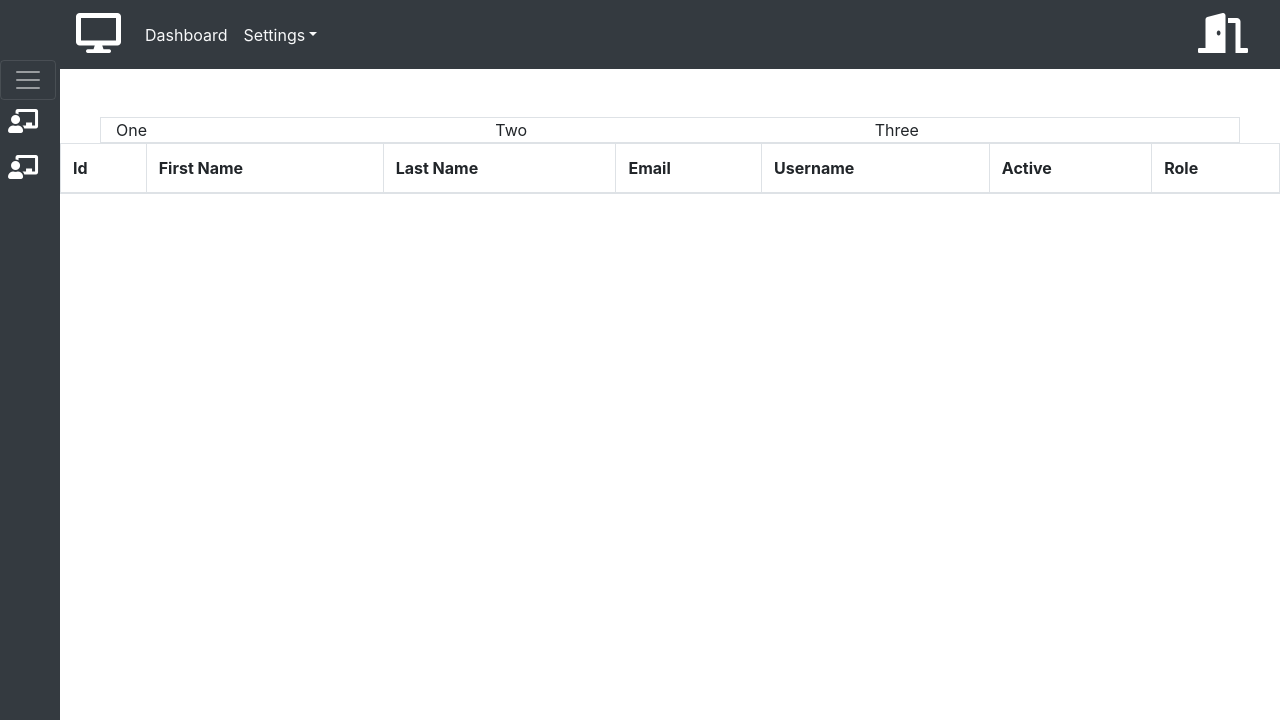
Repository: Pjosif/iDesk
Page: http://localhost/web/protected/userAdm.jsp
These files come from the project's save history. The page is drawn as it stood at one moment and after the next save; the edit follows.
The browser window is 1280 px wide. The pictures show the whole page.
Some web libraries are served in a nearby version. The page is served by Tomcat 9. Nobody is signed in. The application's start-up code is not run. Other server files are loaded and not shown. The template is opened directly, without the code that normally fills it, so the values that code supplies are empty.

Above is the page before, as saved 2018-08-01 11:49:52.

### main/web/src/main/webapp/protected/userAdm.jsp
<%@ page language="java" contentType="text/html; charset=ISO-8859-1" pageEncoding="ISO-8859-1"%>
<!DOCTYPE html>
<%@ taglib uri="http://www.springframework.org/tags/form" prefix="form"%>
<%@ taglib uri="http://java.sun.com/jsp/jstl/core" prefix="c"%>
<html>
<head>
<meta charset="utf-8">
<meta name="viewport" content="width=device-width, initial-scale=1, shrink-to-fit=no">
<link href="../resources/css/bootstrap.css" rel="stylesheet">
<link rel="stylesheet" href="https://use.fontawesome.com/releases/v5.1.0/css/all.css" integrity="sha384-lKuwvrZot6UHsBSfcMvOkWwlCMgc0TaWr+30HWe3a4ltaBwTZhyTEggF5tJv8tbt" crossorigin="anonymous">
<link href="../resources/css/sidenav.css" rel="stylesheet">
<title>User Management</title>
</head>
<body>
	<jsp:include page="../master/sidenav.jsp" />
	<div id="main" class="main">
		<jsp:include page="../master/header.jsp" />
		<div class="container border mt-5">
			<div class="row">
				<div class="col-sm">One</div>
				<div class="col-sm">Two</div>
				<div class="col-sm">Three</div>
			</div>
		</div>

		<div>
			<table class="table table-bordered">
				<thead>
					<tr>
						<th scope="col">Id</th>
						<th scope="col">First Name</th>
						<th scope="col">Last Name</th>
						<th scope="col">Email</th>
						<th scope="col">Username</th>
						<th scope="col">Active</th>
						<th scope="col">Role</th>
					</tr>
				</thead>
				<c:forEach var="emp" items="${list}">
					<tr>
						<th scope="row">${emp.id}</th>
						<td>${emp.firstName}</td>
						<td>${emp.lastName}</td>
						<td>${emp.email}</td>
						<td>${emp.username}</td>
						<td>${emp.active}</td>
						<td>${emp.role.role}</td>
					</tr>
				</c:forEach>
			</table>
		</div>

	</div>
	<script src="https://code.jquery.com/jquery-3.3.1.slim.min.js" integrity="sha384-q8i/X+965DzO0rT7abK41JStQIAqVgRVzpbzo5smXKp4YfRvH+8abtTE1Pi6jizo" crossorigin="anonymous"></script>
	<script src="https://cdnjs.cloudflare.com/ajax/libs/popper.js/1.14.3/umd/popper.min.js" integrity="sha384-ZMP7rVo3mIykV+2+9J3UJ46jBk0WLaUAdn689aCwoqbBJiSnjAK/l8WvCWPIPm49" crossorigin="anonymous"></script>
	<script src="../resources/js/bootstrap.min.js"></script>
</body>
</html>

### main/web/src/main/webapp/master/sidenav.jsp
<div id=sideNav class=sidenav>
	<div class="navbar-dark">
		<button class="navbar-toggler" type="button" onclick="togleNav()">
			<span class="navbar-toggler-icon"></span>
		</button>
	</div>
	<ul>
		<li>
			<a href="#">
				<i class="fas fa-chalkboard-teacher"></i>Incident
			</a>
		</li>
		<li>
			<a href="#">
				<i class="fas fa-chalkboard-teacher"></i>Request
			</a>
		</li>

		<!-- 		<a href="#"><i class="fas fa-chalkboard-teacher"></i>MENU 3</a> -->
		<!-- 		<a href="#"><i class="fas fa-chalkboard-teacher"></i>MENU 4</a> -->
	</ul>
</div>
<script>
	function togleNav() {
		var navigator = document.getElementById("sideNav");
		if (navigator.style.width === "200px") {
			closeNav();
		} else {
			openNav();
		}
	}

	function openNav() {
		document.getElementById("sideNav").style.width = "200px";
		document.getElementById("main").style.marginLeft = "200px";
	}

	function closeNav() {
		document.getElementById("sideNav").style.width = "60px";
		document.getElementById("main").style.marginLeft = "60px";
	}
</script>

### main/web/src/main/webapp/master/header.jsp
<%@ taglib prefix="sec" uri="http://www.springframework.org/security/tags" %>
<nav class="navbar navbar-expand-sm navbar-dark bg-dark">
	<div>
		<a class="navbar-brand" href="home">
			<i class="fas fa-desktop fa-2x"></i>
		</a>
	</div>
	<button class="navbar-toggler" type="button" data-toggle="collapse" data-target="header" aria-controls="header" aria-expanded="false" aria-label="Toggle navigation">
		<span class="navbar-toggler-icon"></span>
	</button>
	<div class="collapse navbar-collapse" id="header">
		<ul class="navbar-nav mr-auto">
			<li class="nav-item">
				<a class="nav-link text-light" href="#">Dashboard</a>
			</li>
			<li class="nav-item dropdown">
				<a class="nav-link dropdown-toggle text-light" style="cursor:pointer" id="settings" data-toggle=dropdown aria-haspopup="true" aria-expanded="false">Settings</a>
				<div class="dropdown-menu" aria-labelledby="settings">
					<a class="dropdown-item" href="#">Configuration Item</a>
				</div>
			</li>
			<sec:authorize access="hasAuthority('ADMIN_PRIVILEGE')">
			<li class="nav-item dropdown">
				<a class="nav-link dropdown-toggle text-light" style="cursor: pointer" id="dropdown03" data-toggle="dropdown" aria-haspopup="true" aria-expanded="false">Administrator</a>
				<div class="dropdown-menu" aria-labelledby="dropdown03">
					<a class="dropdown-item" href="userlist">Users</a>
					<a class="dropdown-item" href="rolelist">Roles</a>
					<a class="dropdown-item" href="privlist">Privilege</a>
				</div>
			</li>
			</sec:authorize>
		</ul>
		<a class="navbar-brand" href="logout">
			<i class="fas fa-door-open fa-2x"></i>
		</a>
	</div>
</nav>

### main/web/src/main/webapp/resources/css/sidenav.css
.main {
	margin-left: 60px;
}

.sidenav {
    height: 100%;
    width: 60px;
    position: fixed;
    z-index: 1;
    top: 0;
    left: 0;
    background-color: #343a40;
    overflow-x: hidden;
    transition: 0.5s;
    padding-top: 60px;
}

.sidenav a {
	width:250px;
    padding: 8px 8px 8px 8px;
    text-decoration: none;
    font-size: 20px;
    color: #FFFFFF;
    display: block;
    transition: 0.3s;
}

.sidenav i {
	padding-right: 22px;
	font-size: 24px;
}

.sidenav ul {
	list-style-type: none;
	padding: 0;
}

.sidenav a:hover {
    color: #f1f1f1;
}

.sidenav .closebtn {
    position: absolute;
    top: 0;
    right: 25px;
    font-size: 36px;
    margin-left: 50px;
}

@media screen and (max-height: 450px) {
  .sidenav {padding-top: 15px;}
  .sidenav a {font-size: 18px;}
}

Loaded but not shown: main/web/src/main/webapp/resources/css/bootstrap.css (library); main/web/src/main/webapp/resources/js/bootstrap.min.js (library)

After the next save:
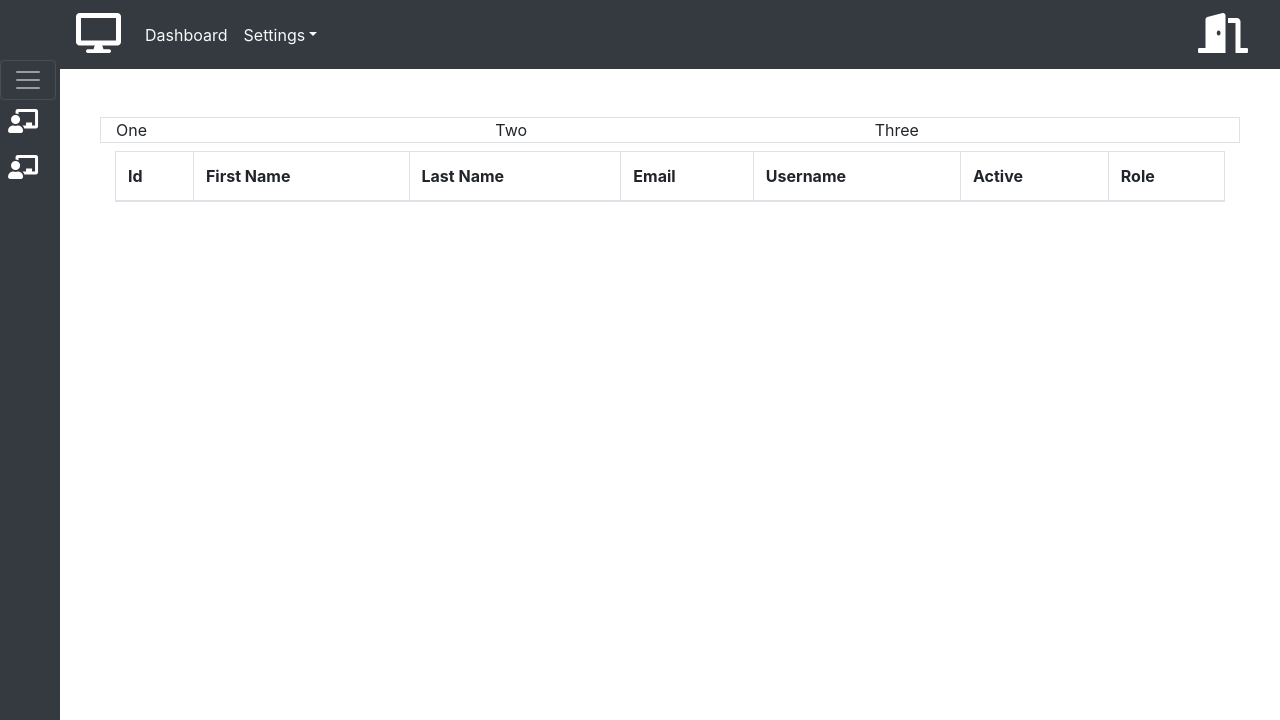
Saved 17 s later.
--- a/main/web/src/main/webapp/protected/userAdm.jsp
+++ b/main/web/src/main/webapp/protected/userAdm.jsp
@@ -23,7 +23,7 @@
 			</div>
 		</div>
 
-		<div>
+		<div class="container mt-2">
 			<table class="table table-bordered">
 				<thead>
 					<tr>
